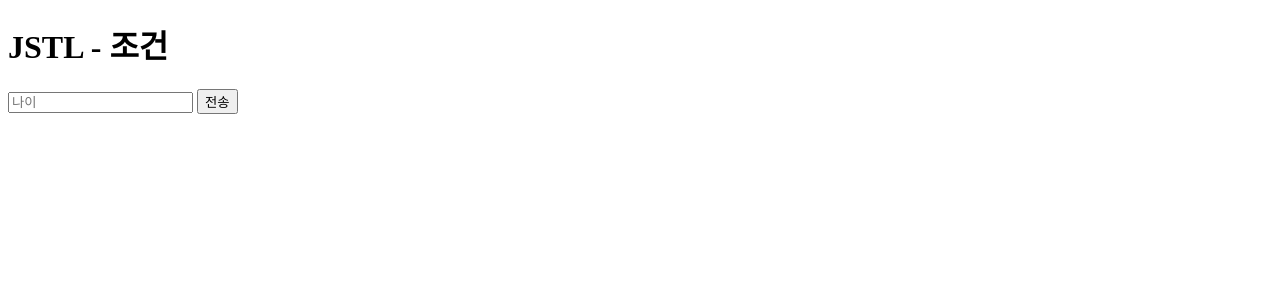
Repository: ChimmyWorld/JSP
Page: http://localhost/Day53/ex10.jsp
These files come from the project's save history. The page is drawn as it stood at one moment and after a run of saves; the edit follows.
The browser window is 1280 px wide. The pictures show the whole page.
The page is served by Tomcat 9.

Above is the page before, as saved 2023-09-22 05:53:39.

After the next 2 saves:
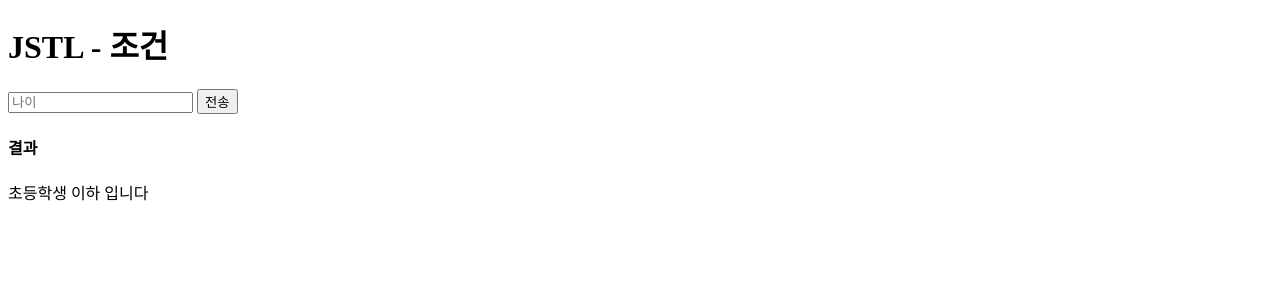
The 2 saves are shown as one change because they came seconds apart.
The last was saved 2 min 3 s later.
--- a/Day53/WebContent/ex10.jsp
+++ b/Day53/WebContent/ex10.jsp
@@ -15,6 +15,27 @@
 		<button>전송</button>
 	</form>
 
+	<h4>결과</h4>
+
+	<%-- choose: 조건을 범위로 묶는 태그 --%>
+	<c:choose>
+		<c:when test="${param.age >= 19 }">
+			<p> 성인 입니다</p>
+		</c:when>
+
+		<c:when test="${param.age >= 16 }">
+			<p> 고등학생 입니다</p>
+		</c:when>
+
+		<c:when test="${param.age >= 12 }">
+			<p> 중학생 입니다</p>
+		</c:when>
+
+		<c:otherwise>
+			<p> 초등학생 이하 입니다</p>
+		</c:otherwise>
+
+	</c:choose>
 
 </body>
 </html>

After the 3 saves that followed:
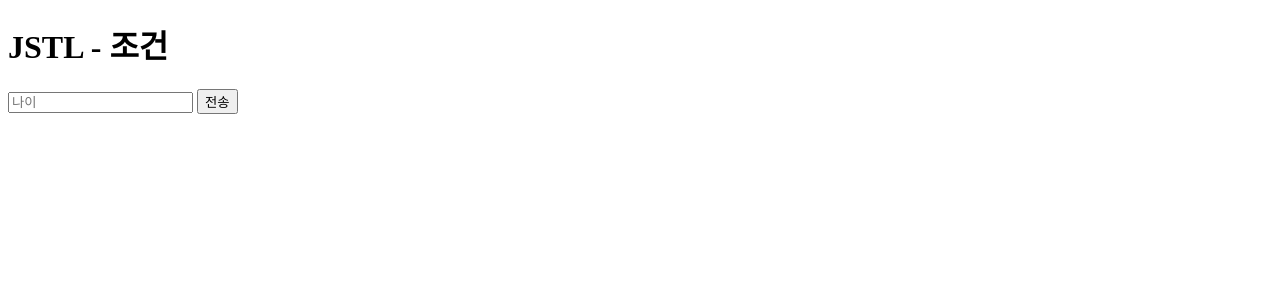
The 3 saves are shown as one change because 2 left the picture as it was.
The last was saved 3 min 18 s later.
--- a/Day53/WebContent/ex10.jsp
+++ b/Day53/WebContent/ex10.jsp
@@ -15,27 +15,27 @@
 		<button>전송</button>
 	</form>
 
-	<h4>결과</h4>
+	<c:if test="%{not empty param.age }">
+		<h4>결과</h4>
+		<%-- choose: 조건을 범위로 묶는 태그 --%>
+		<c:choose>
+			<c:when test="${param.age >= 19 }"> 	<%-- if --%>
+				<p> 성인 입니다</p>
+			</c:when>
 
-	<%-- choose: 조건을 범위로 묶는 태그 --%>
-	<c:choose>
-		<c:when test="${param.age >= 19 }">
-			<p> 성인 입니다</p>
-		</c:when>
+			<c:when test="${param.age >= 16 }">	    <%-- else if --%>
+				<p> 고등학생 입니다</p>
+			</c:when>
 
-		<c:when test="${param.age >= 16 }">
-			<p> 고등학생 입니다</p>
-		</c:when>
+			<c:when test="${param.age >= 12 }">     <%-- else if --%>
+				<p> 중학생 입니다</p>
+			</c:when>
 
-		<c:when test="${param.age >= 12 }">
-			<p> 중학생 입니다</p>
-		</c:when>
-
-		<c:otherwise>
-			<p> 초등학생 이하 입니다</p>
-		</c:otherwise>
-
-	</c:choose>
+			<c:otherwise>
+				<p> 초등학생 이하 입니다</p>	            <%-- else --%>
+			</c:otherwise>
+		</c:choose>
+	</c:if>
 
 </body>
 </html>
